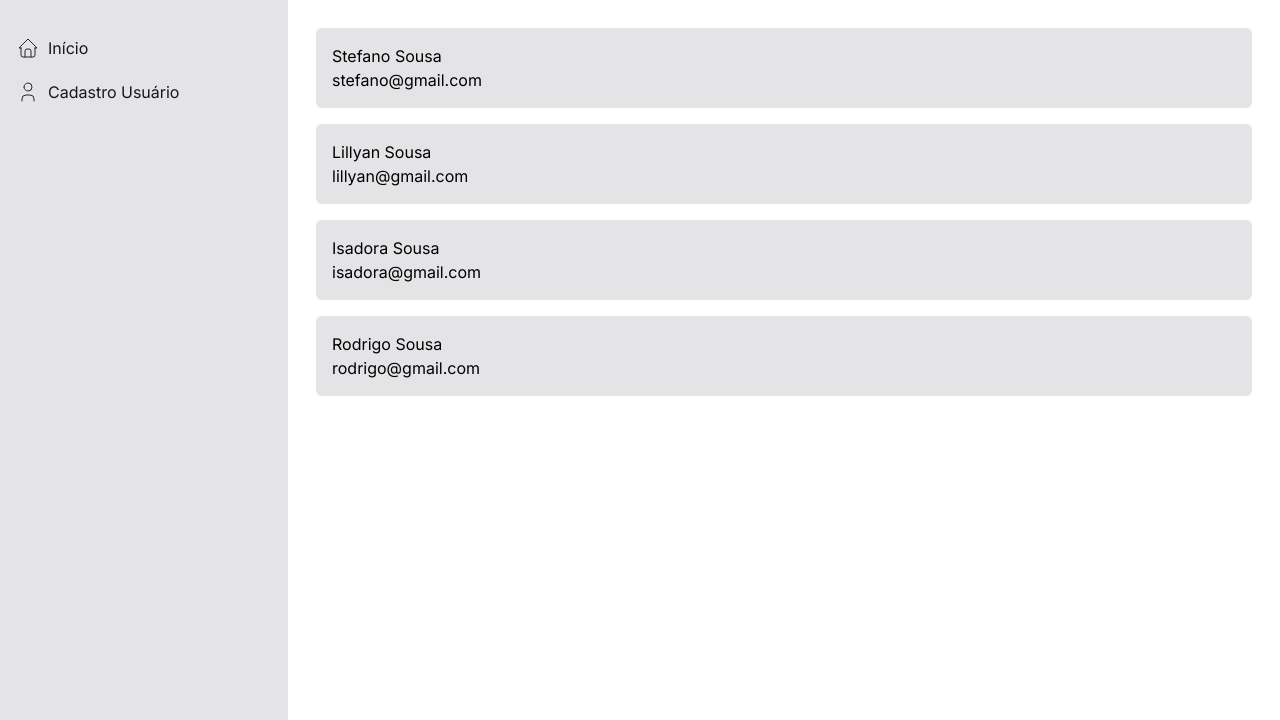
Repository: stefanosousaa/app-bd
Page: /usuarios
An editor plug-in stored every save of this project. The page is shown before and after the next save, followed by the edit.
The browser window is 1280 px wide. The pictures show the whole page.
The project was rebuilt for these pictures with package versions that can differ from the ones it lists, and the page was loaded fresh each time. The framework's server and built-in components were replaced by stand-ins that run in the browser. Also part of the build but not shown: next.config.mjs.

Above is the page before, as saved 2024-05-25 23:35:44.

After the next save:
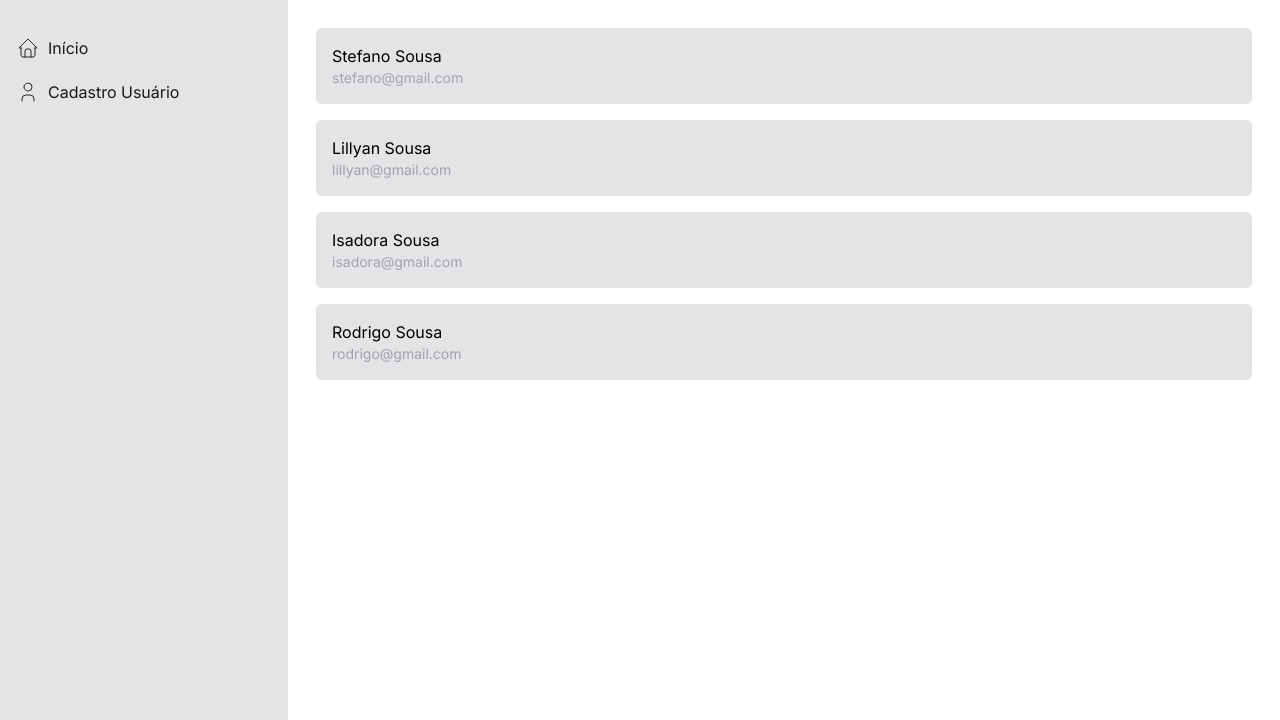
Saved 36 s later.
--- a/src/app/components/usuario/LinhaUsuario.tsx
+++ b/src/app/components/usuario/LinhaUsuario.tsx
@@ -9,7 +9,7 @@ export default function LinhaUsuario(props: LinhaUsuarioProps){
         <div className="flex p-4 bg-zinc-200 rounded-md">
             <div className=" flex flex-col">
               <span>{props.usuario.nome}</span>
-              <span>{props.usuario.email}</span>
+              <span className="text-sm text-zinc-400">{props.usuario.email}</span>
             </div>
 
 
